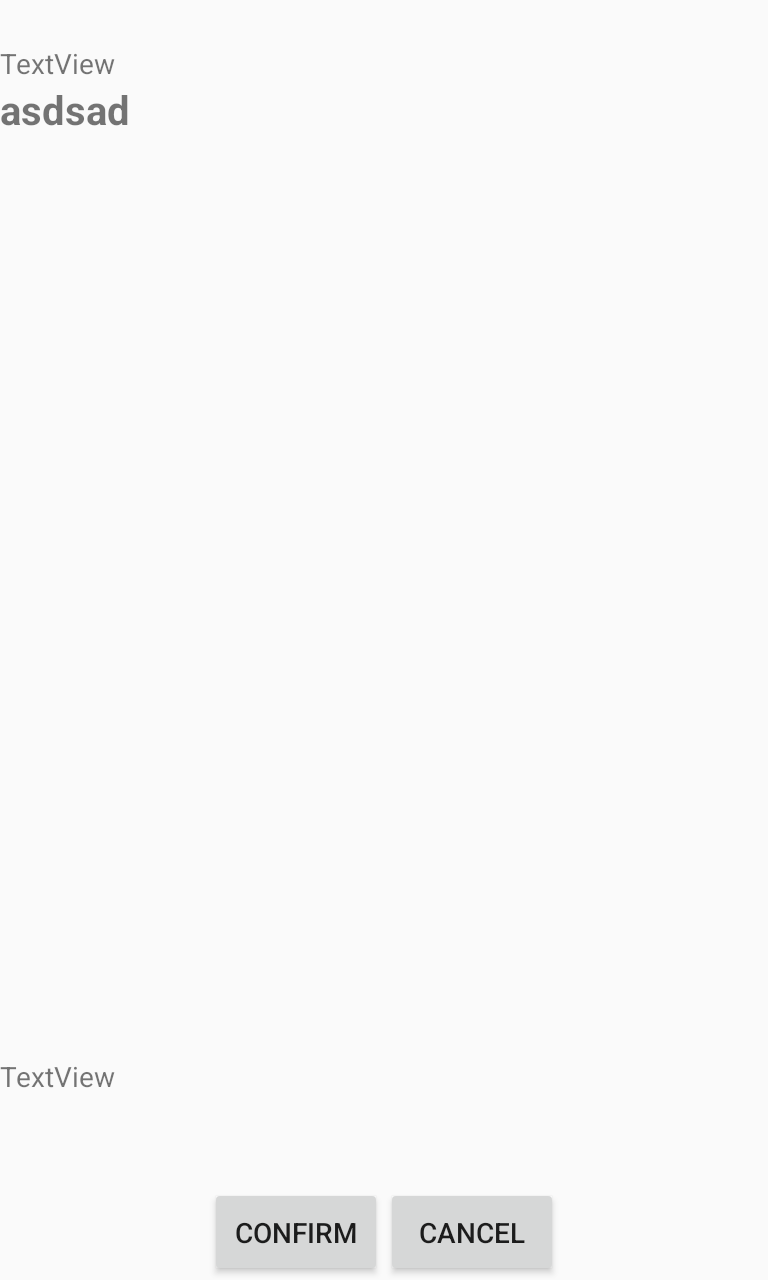
Repository: TeamZhao/Assignment-Tracker
Layout: AssignmentTracker/res/layout/activity_delete_semester_confirmation.xml
These files come from the project's save history. The layout is drawn as it stood at one moment and after the next save; the edit follows.
It is drawn on a 768 x 1280 px phone screen (xhdpi) without system bars, with theme AppTheme; the app's code is not run.

Above is the layout before, as saved 2014-11-15 06:16:55.

After the next save:
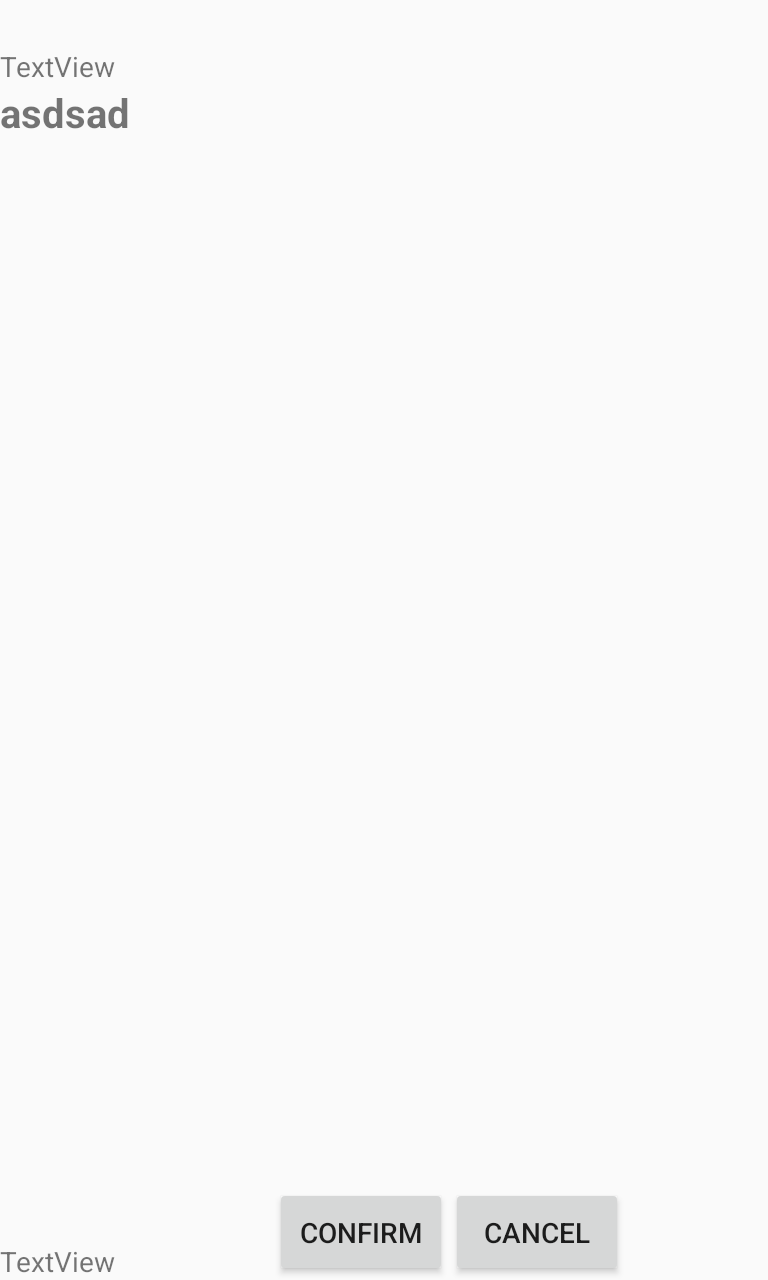
Saved 77 s later.
--- a/AssignmentTracker/res/layout/activity_delete_semester_confirmation.xml
+++ b/AssignmentTracker/res/layout/activity_delete_semester_confirmation.xml
@@ -23,8 +23,7 @@
                 android:id="@+id/textView_SemInfoNotice"
                 android:layout_width="wrap_content"
                 android:layout_height="wrap_content"
-                android:text="TextView"
-                android:textSize="14sp" />
+                android:text="TextView" />
 
             <TextView
                 android:id="@+id/textView_DisplaySemTitle"
@@ -63,41 +62,34 @@
         android:id="@+id/tableRow3"
         android:layout_width="wrap_content"
         android:layout_height="wrap_content"
-        android:layout_weight="1" >
-
-        <TextView
-            android:id="@+id/textView_ContinueNotice"
-            android:layout_width="wrap_content"
-            android:layout_height="wrap_content"
-            android:text="TextView"
-            android:textSize="14sp" />
-    </TableRow>
-
-    <TableRow
-        android:id="@+id/tableRow5"
-        android:layout_width="wrap_content"
-        android:layout_height="wrap_content"
         android:layout_weight="1"
         android:gravity="bottom|center|" >
 
-        <LinearLayout
-            android:layout_width="wrap_content"
-            android:layout_height="wrap_content"
-            android:layout_weight="1"
-            android:gravity="center" >
-
-            <Button
-                android:id="@+id/btn_deleteSem"
+            <TextView
+                android:id="@+id/textView_ContinueNotice"
                 android:layout_width="wrap_content"
                 android:layout_height="wrap_content"
-                android:text="@string/confirm" />
+                android:text="TextView" />
 
-            <Button
-                android:id="@+id/btn_cancelDeleteSem"
+            <LinearLayout
                 android:layout_width="wrap_content"
                 android:layout_height="wrap_content"
-                android:text="@string/cancel" />
-        </LinearLayout>
+                android:layout_weight="1"
+                android:gravity="center">
+
+                <Button
+                    android:id="@+id/btn_deleteSem"
+                    android:layout_width="wrap_content"
+                    android:layout_height="wrap_content"
+                    android:text="@string/confirm" />
+
+                <Button
+                    android:id="@+id/btn_cancelDeleteSem"
+                    android:layout_width="wrap_content"
+                    android:layout_height="wrap_content"
+                    android:text="@string/cancel" />
+            </LinearLayout>
+
     </TableRow>
 
 </TableLayout>

After the save that followed:
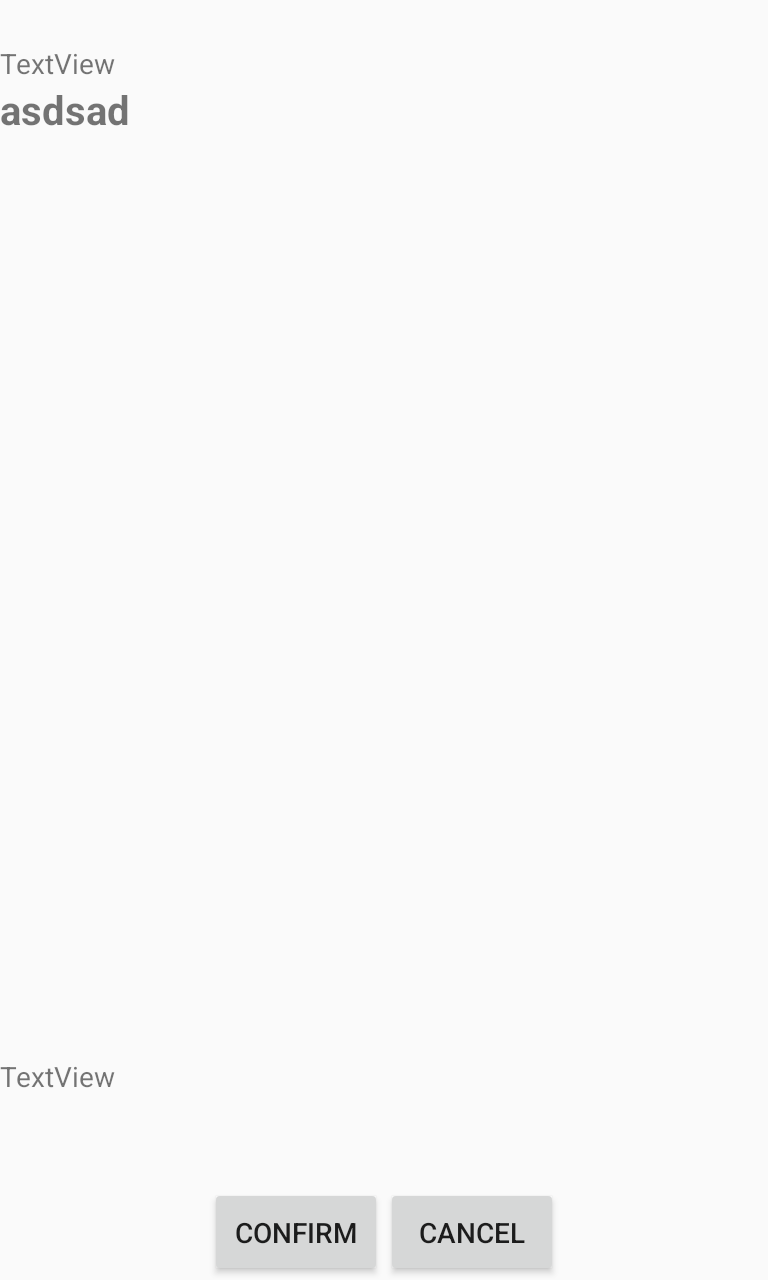
Saved 2 min 11 s later.
--- a/AssignmentTracker/res/layout/activity_delete_semester_confirmation.xml
+++ b/AssignmentTracker/res/layout/activity_delete_semester_confirmation.xml
@@ -41,7 +41,7 @@
     </TableRow>
 
     <TableRow
-        android:id="@+id/tableRow2"
+        android:id="@+id/tableRow4"
         android:layout_width="wrap_content"
         android:layout_height="wrap_content"
         android:layout_weight="20" >
@@ -59,37 +59,44 @@
     </TableRow>
 
     <TableRow
+        android:id="@+id/tableRow4"
+        android:layout_width="wrap_content"
+        android:layout_height="wrap_content"
+        android:layout_weight="1" >
+
+        <TextView
+            android:id="@+id/textView_ContinueNotice"
+            android:layout_width="wrap_content"
+            android:layout_height="wrap_content"
+            android:text="TextView" />
+
+    </TableRow>
+
+    <TableRow
         android:id="@+id/tableRow3"
         android:layout_width="wrap_content"
         android:layout_height="wrap_content"
         android:layout_weight="1"
         android:gravity="bottom|center|" >
 
-            <TextView
-                android:id="@+id/textView_ContinueNotice"
+        <LinearLayout
+            android:layout_width="wrap_content"
+            android:layout_height="wrap_content"
+            android:layout_weight="1"
+            android:gravity="center" >
+
+            <Button
+                android:id="@+id/btn_deleteSem"
                 android:layout_width="wrap_content"
                 android:layout_height="wrap_content"
-                android:text="TextView" />
+                android:text="@string/confirm" />
 
-            <LinearLayout
+            <Button
+                android:id="@+id/btn_cancelDeleteSem"
                 android:layout_width="wrap_content"
                 android:layout_height="wrap_content"
-                android:layout_weight="1"
-                android:gravity="center">
-
-                <Button
-                    android:id="@+id/btn_deleteSem"
-                    android:layout_width="wrap_content"
-                    android:layout_height="wrap_content"
-                    android:text="@string/confirm" />
-
-                <Button
-                    android:id="@+id/btn_cancelDeleteSem"
-                    android:layout_width="wrap_content"
-                    android:layout_height="wrap_content"
-                    android:text="@string/cancel" />
-            </LinearLayout>
-
+                android:text="@string/cancel" />
+        </LinearLayout>
     </TableRow>
 
 </TableLayout>
